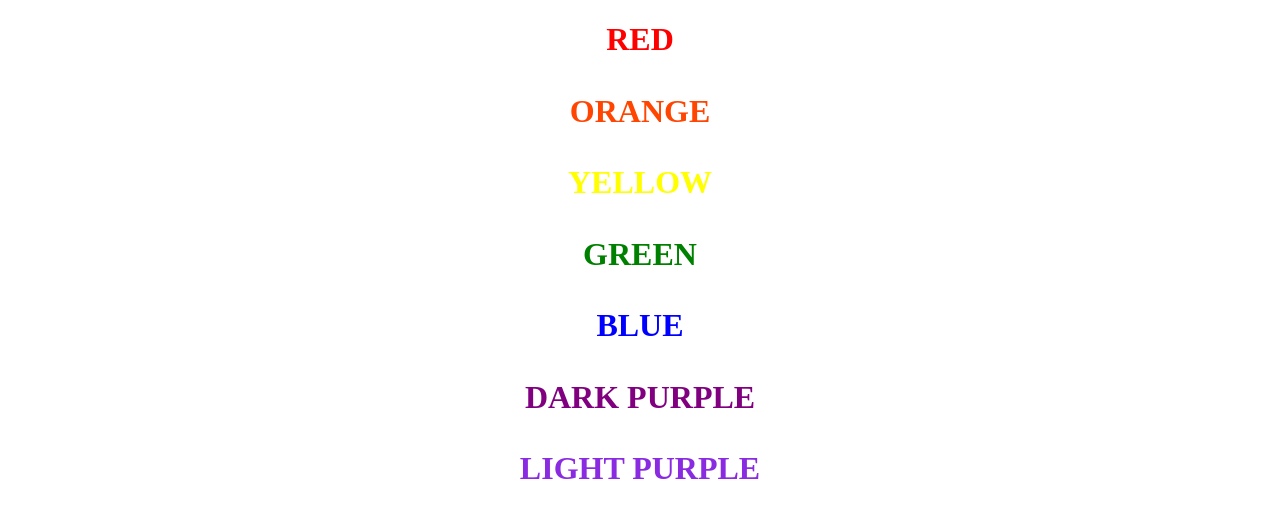
Repository: W3asl3y/IWA-challenges
Page: Interactive Rainbow Challenge/index.html
The author's editor kept a copy of each file at every save. The page is drawn from the files as they stood at one save, then again after the next save.
The browser window is 1280 px wide. The pictures show the whole page.
After loading, the first visible `#blueBg` was clicked once.

Above is the page before, as saved 2023-02-01 09:07:31.

After the next save:
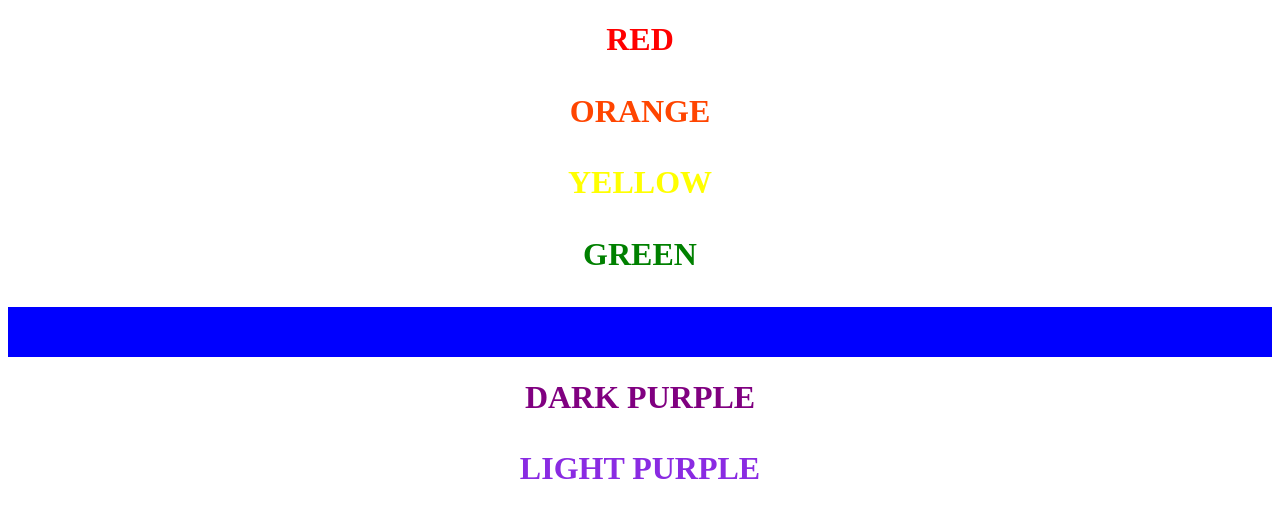
Saved 47 s later.
--- a/Interactive Rainbow Challenge/javascript/script.js
+++ b/Interactive Rainbow Challenge/javascript/script.js
@@ -49,7 +49,7 @@ function blueDiv(){
     let e = document.getElementById("blueBg");
     let c = window.getComputedStyle(e).backgroundColor;
     if (c === "rgb(255, 255, 255)") {
-        document.getElementById("blueBg").style.background = "0000ff";
+        document.getElementById("blueBg").style.background = "#0000ff";
     }
     else{
         document.getElementById("blueBg").style.background = "#ffffff";
